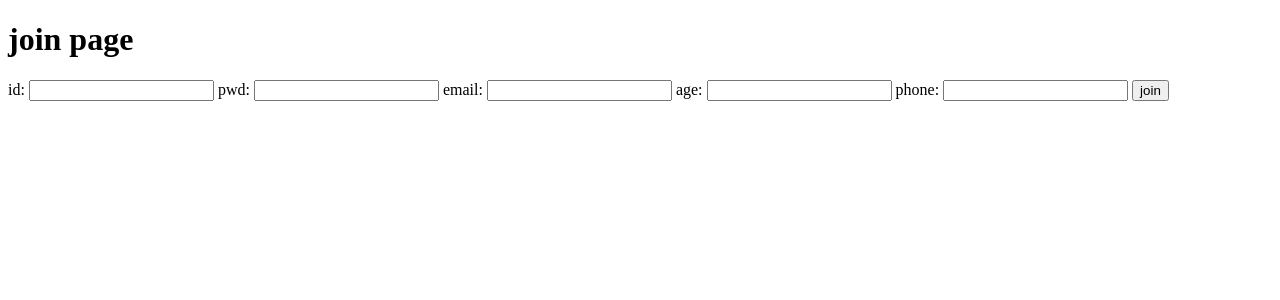
Repository: hwimi/2024-04-12-01
Page: http://localhost/jsp_study/member/join.jsp
These files come from the project's save history. The page is drawn as it stood at one moment and after the next save; the edit follows.
The browser window is 1280 px wide. The pictures show the whole page.
The page is served by Tomcat 9. Other server files are loaded and not shown.

Above is the page before, as saved 2024-04-15 01:57:42.

### jsp_study/src/main/webapp/member/join.jsp
<%@ page language="java" contentType="text/html; charset=UTF-8"
    pageEncoding="UTF-8"%>
<!DOCTYPE html>
<html>
<head>
<meta charset="UTF-8">
<title>Insert title here</title>
</head>
<body>
 <h1>join page</h1>
 <form action="/memb/register" method="post">
 id: <input type="text" name="id">
 pwd: <input type="password" name="pwd">
 email: <input type="text" name="email">
 age: <input type="text" name="age">
 phone: <input type="text" name="phone">
 <button type="submit">join</button>
 </form>
</body>
</html>

After the next save:
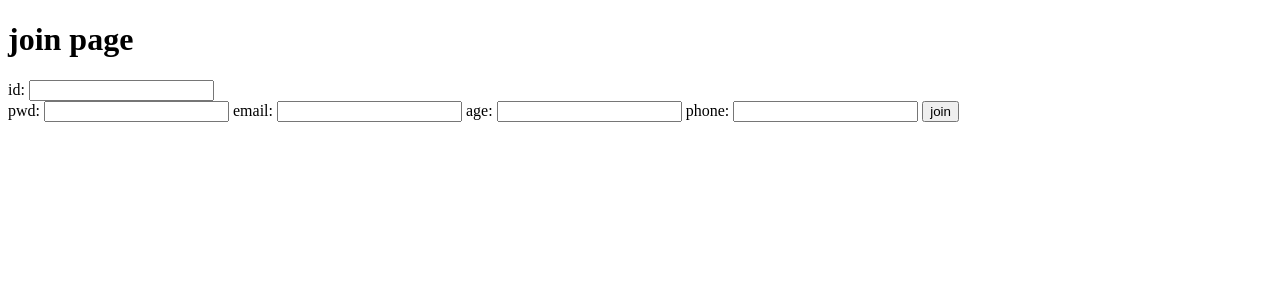
Saved 67 min 27 s later.
--- a/jsp_study/src/main/webapp/member/join.jsp
+++ b/jsp_study/src/main/webapp/member/join.jsp
@@ -9,7 +9,7 @@
 <body>
  <h1>join page</h1>
  <form action="/memb/register" method="post">
- id: <input type="text" name="id">
+ id: <input type="text" name="id"><br>
  pwd: <input type="password" name="pwd">
  email: <input type="text" name="email">
  age: <input type="text" name="age">
